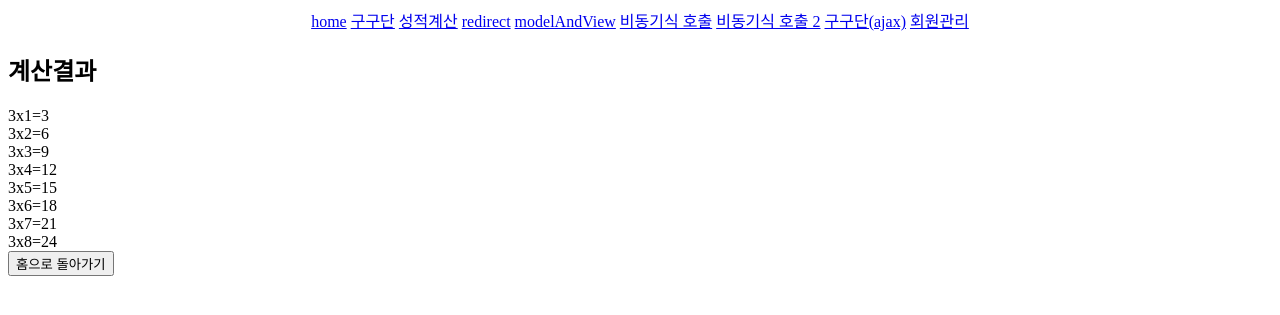
Repository: junhyeoksin/spring_program
Page: http://localhost/springProgram/table_result.do
The author's editor kept a copy of each file at every save. The page is drawn from the files as they stood at one save, then again after a run of saves.
The browser window is 1280 px wide. The pictures show the whole page.
The page is served by Tomcat 9. Other server files are loaded and not shown.

Above is the page before, as saved 2022-01-05 14:35:26.

### springProgram/src/main/webapp/WEB-INF/views/test/table_result.jsp
<%@ page language="java" contentType="text/html; charset=UTF-8"
	pageEncoding="UTF-8"%>
<!DOCTYPE html>
<html>
<head>
<meta charset="UTF-8">
<title>Insert title here</title>
</head>
<body>
	<%@ include file="../include/menu.jsp"%>
	<h2>계산결과</h2>
	${result}
	<button>
		홈으로 돌아가기 <a href="/spring01/"> </a>
	</button>
</body>
</html>

### springProgram/src/main/webapp/WEB-INF/views/include/menu.jsp
<%@ page language="java" contentType="text/html; charset=UTF-8"
    pageEncoding="UTF-8"%>
 <div style="Text-align:center">
 	<a href = "/spring01/">home</a>
 	<a href = "/spring01/multi_table.do">구구단</a>
 	<a href = "/spring01/point.do">성적계산</a>
 	<a href = "/spring01/move.do">redirect</a>
 	<a href = "/spring01/mav.do">modelAndView</a>
 	<a href = "/spring01/ajax.do">비동기식 호출</a>
 	<a href = "/spring01/login.do">비동기식 호출 2</a>
 	<a href = "/spring01/ajax_table.do">구구단(ajax)</a>
 	<a href = "/spring01/member/list.do">회원관리</a>


 </div>

After the next 2 saves:
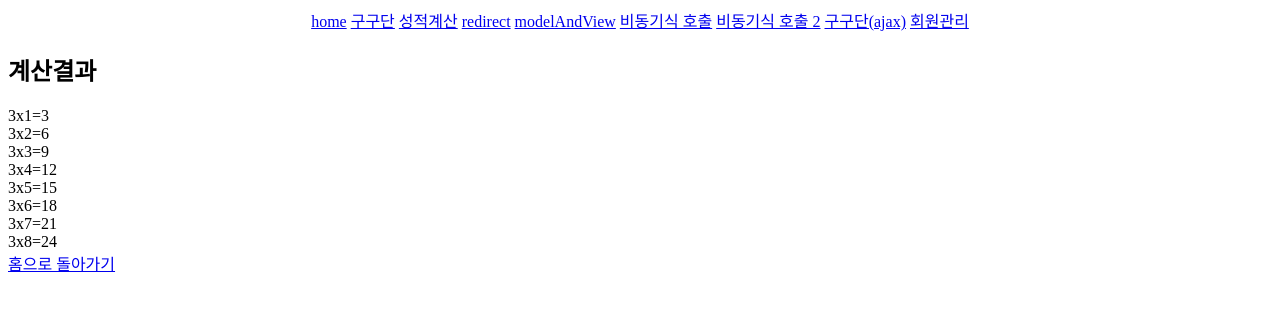
The 2 saves are shown as one change because they came seconds apart.
The last was saved 21 s later.
--- a/springProgram/src/main/webapp/WEB-INF/views/test/table_result.jsp
+++ b/springProgram/src/main/webapp/WEB-INF/views/test/table_result.jsp
@@ -10,8 +10,8 @@
 	<%@ include file="../include/menu.jsp"%>
 	<h2>계산결과</h2>
 	${result}
-	<button>
-		홈으로 돌아가기 <a href="/spring01/"> </a>
-	</button>
+
+		  <a href="/spring01/"> 홈으로 돌아가기 </a>
+
 </body>
 </html>
